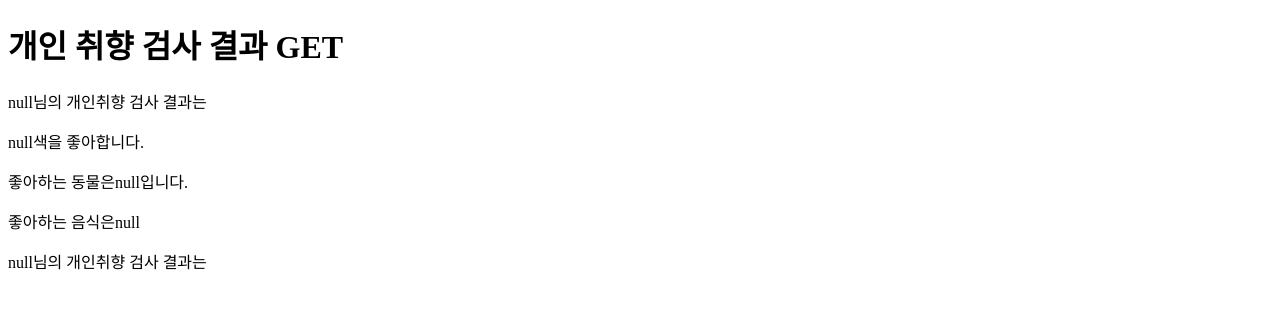
Repository: kianpas/KH_Server
Page: http://localhost/01_helloweb/testPerson1.do
An editor plug-in stored every save of this project. The page is shown before and after the next save, followed by the edit.
The browser window is 1280 px wide. The pictures show the whole page.
The page is served by Tomcat 9. Other server files are loaded and not shown.

Above is the page before, as saved 2021-03-22 11:25:13.

### 01_helloweb/src/com/kh/web/servlet/TestPerson1Servlet.java
package com.kh.web.servlet;

import java.io.IOException;
import java.io.PrintWriter;
import java.util.Arrays;

import javax.servlet.ServletConfig;
import javax.servlet.ServletException;
import javax.servlet.http.HttpServlet;
import javax.servlet.http.HttpServletRequest;
import javax.servlet.http.HttpServletResponse;

/**
 * Servlet
 * webservice를 위한 java class
 * HttpServlet을 상속
 *
 * Servlet 생명주기
 * - was구동내내 딱 하나의 객체만 만들어져서 처리된다. (singleton방식)
 * 1. Servlet객체생성(기본 생성자 호출) - 최초 client호출시 1회 - 톰캣이 알아서
 * 2. init메소드 호출 				  - 최초 client호출시 1회
 * 3. HttpServlet의 service메소드 호출 - client매요청마다
 * 4. 전송방식에 따라 doGet | doPost 호출 - client매요청마다
 * 5. destroy호출(tomcat종료시 객체 반환.) - 마지막 1회
 *
 */

public class TestPerson1Servlet extends HttpServlet{


	/**
	 * 기본생성자
	 */
	public TestPerson1Servlet() {
		super();
		System.out.println("기본생성자 TestPerson1Servlet() 호출!");

	}
	@Override
	public void init(ServletConfig config) {
		System.out.println("init(ServletConfig) 호출!");
	}

	@Override
	public void destroy() {
		System.out.println("destory() 호출!");
	}

	@Override
	public void doGet(HttpServletRequest request, HttpServletResponse response)

		throws IOException, ServletException {
			//매 요청시 사용되는 servlet객체는 동일하다.
			System.out.println(this.hashCode());

			//1. 사용자입력값 가져오기
			String name = request.getParameter("name");
			String color = request.getParameter("color");
			String animal = request.getParameter("animal");
			String[] foodArr = request.getParameterValues("food");

			System.out.println("name = " + name);
			System.out.println("color = " + color);
			System.out.println("animal = " + animal);
			System.out.println("foodArr = " + Arrays.toString(foodArr));

			//2. 응답메시지 작성 : html
			response.setContentType("text/html; charset=utf-8");
			PrintWriter out = response.getWriter();
			out.println("<!DOCTYPE html>");
			out.println("<html>");
			out.println("<head>");
			out.println("<title>개취 검사 결과</title>");
			out.println("</head>");
			out.println("<body>");
			out.println("<h1>개인 취향 검사 결과 GET</h1>");
			out.println("<p>"+ name + "님의 개인취향 검사 결과는 " + "</p>");
			out.println("<p>"+ color + "색을 좋아합니다." + "</p>");
			out.println("<p>좋아하는 동물은"+ animal + "입니다.</p>");
			out.println("<p>좋아하는 음식은"+ Arrays.toString(foodArr)+"</p>");
			out.println("<p>"+ name + "님의 개인취향 검사 결과는 " + "</p>");


			out.println("</html>");
		}

}

After the next save:
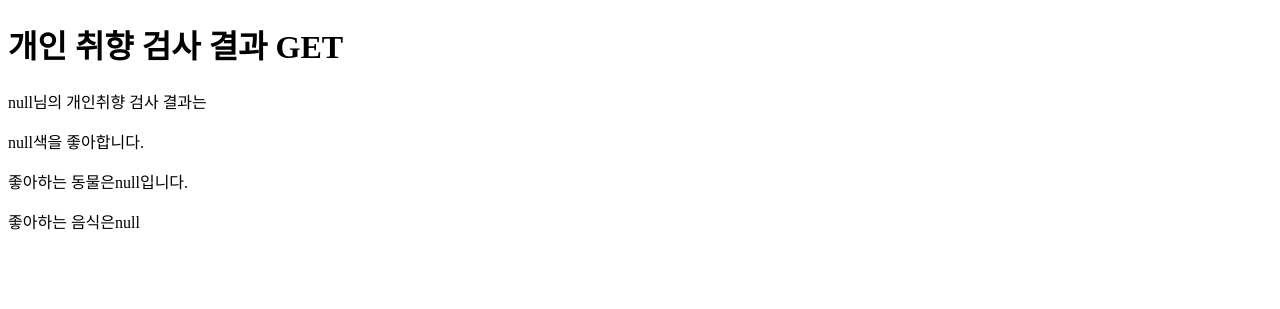
Saved 8 s later.
--- a/01_helloweb/src/com/kh/web/servlet/TestPerson1Servlet.java
+++ b/01_helloweb/src/com/kh/web/servlet/TestPerson1Servlet.java
@@ -78,8 +78,8 @@ public class TestPerson1Servlet extends HttpServlet{
 			out.println("<p>"+ color + "색을 좋아합니다." + "</p>");
 			out.println("<p>좋아하는 동물은"+ animal + "입니다.</p>");
 			out.println("<p>좋아하는 음식은"+ Arrays.toString(foodArr)+"</p>");
-			out.println("<p>"+ name + "님의 개인취향 검사 결과는 " + "</p>");
 
+			out.println("</body>");
 
 			out.println("</html>");
 		}
